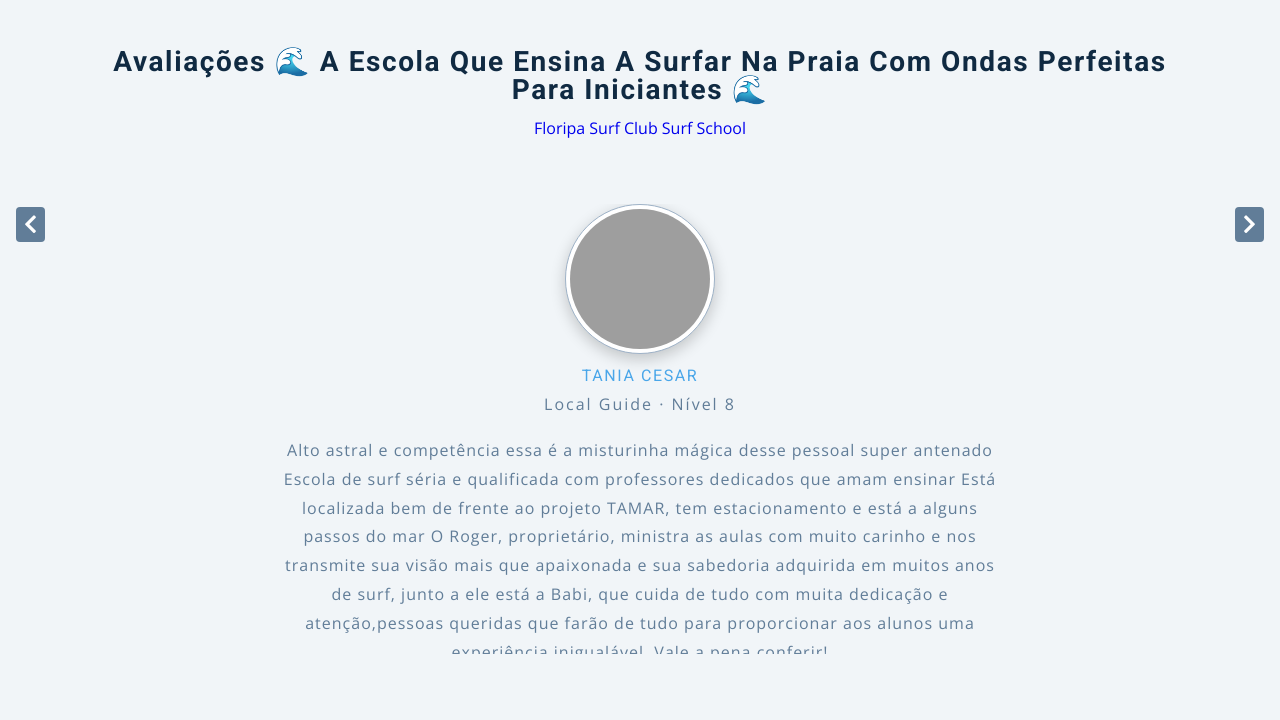
Repository: araguaci/floripasurfclub-reviews
Page: index.html
An editor plug-in stored every save of this project. The page is shown before and after the next save, followed by the edit.
The browser window is 1280 px wide. The pictures show the whole page.
Pictures or frames that could not be fetched are drawn as grey boxes. Some web libraries are served in a nearby version.

Above is the page before, as saved 2021-08-23 20:46:49.

After the next save:
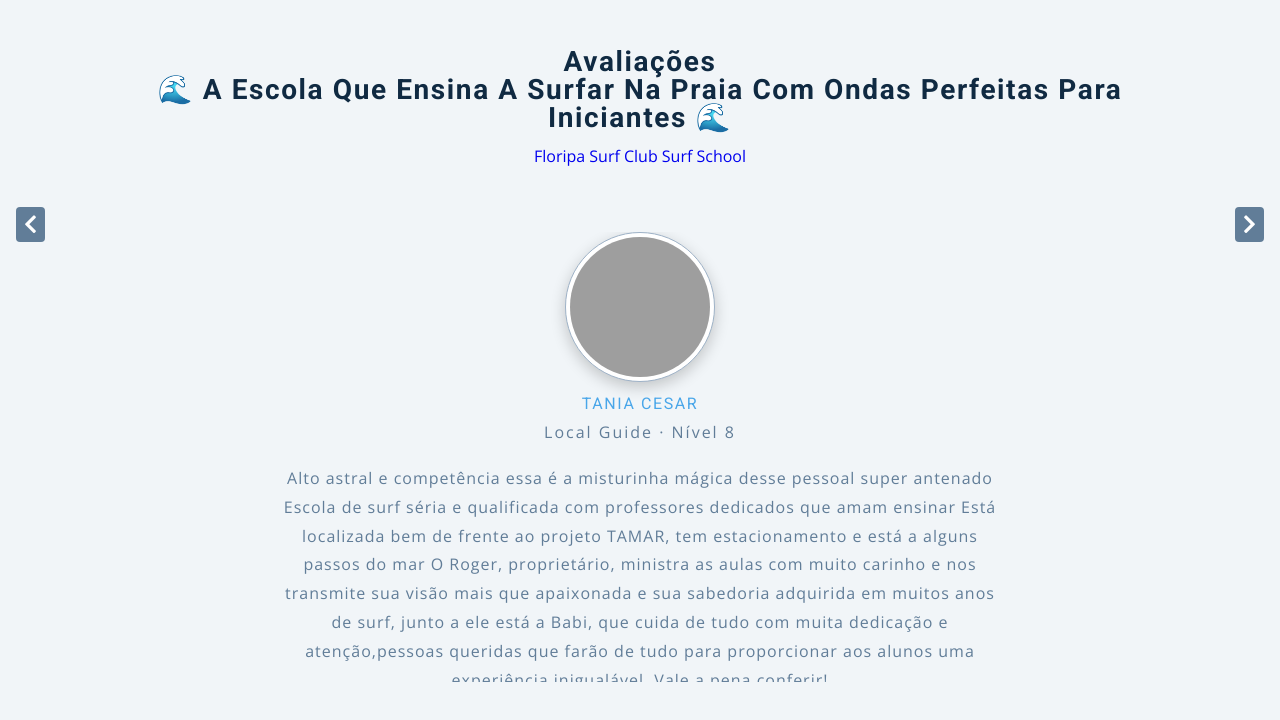
Saved 12 s later.
--- a/index.html
+++ b/index.html
@@ -33,7 +33,7 @@
   <body>
     <section class="slider">
       <div class="reviews">
-        <h3>Avaliações 🌊 A escola que ensina a surfar na praia com ondas perfeitas para iniciantes 🌊</h3>
+        <h3>Avaliações<br/>🌊 A escola que ensina a surfar na praia com ondas perfeitas para iniciantes 🌊</h3>
         <p><a href="http://www.floripasurfclub.com.br/">Floripa Surf Club Surf School</p>
       </div>
       <div class="slide-container">
